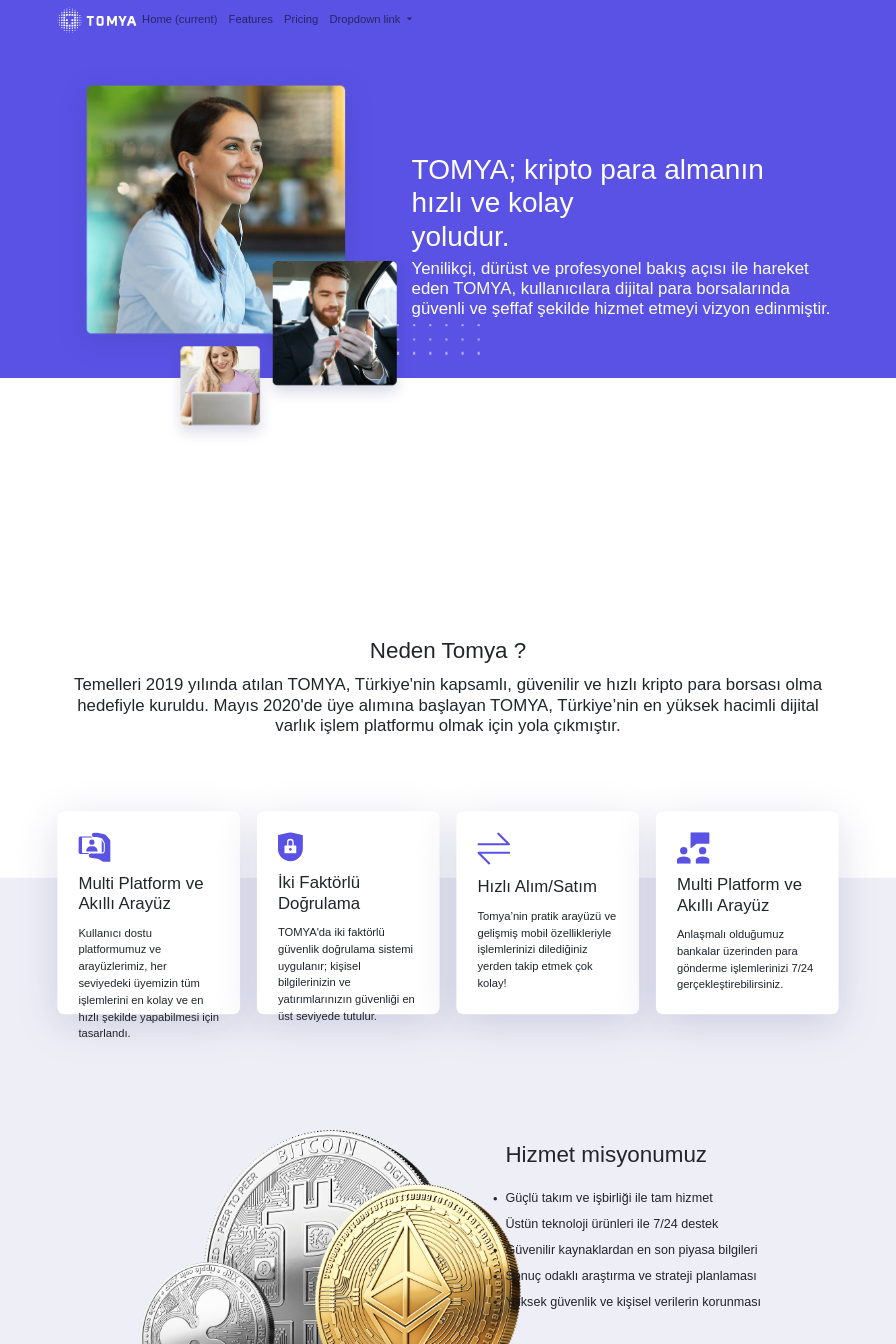
Repository: ezgibayrakli/TomyaProje
Page: index copy.html
An editor plug-in stored every save of this project. The page is shown before and after the next save, followed by the edit.
The browser window is 1280 px wide. The pictures show the part of the page from y = 0 to 1920 px (the page is 5181 px tall), at 70% of full size.
Some web fonts or font styles are not loaded; a fallback is used.

Above is the page before, as saved 2023-07-06 13:25:20.

### index copy.html
<!DOCTYPE html>
<html lang="en">
<head>
    <meta charset="UTF-8">
    <meta name="viewport" content="width=device-width, initial-scale=1.0">
    <!-- BOOTSTRAP -->
    <link href="https://cdn.jsdelivr.net/npm/bootstrap@5.1.3/dist/css/bootstrap.min.css" rel="stylesheet" integrity="sha384-1BmE4kWBq78iYhFldvKuhfTAU6auU8tT94WrHftjDbrCEXSU1oBoqyl2QvZ6jIW3" crossorigin="anonymous">
    <link rel="stylesheet" href="style.css">
    <title>Hakkımızda-Tomya</title>
</head>
<body>
    <!-- HEADER START -->
    <section id="header">
        <div class="header">
            <div class="container">
                <nav class="navbar navbar-expand-lg navbar-light">
                    <div class="header-logo">
                        <img src="photo/tomya-logo.svg" alt="">
                    </div>
                    <button class="navbar-toggler" type="button" data-toggle="collapse" data-target="#navbarNavDropdown" aria-controls="navbarNavDropdown" aria-expanded="false" aria-label="Toggle navigation">
                      <span class="navbar-toggler-icon"></span>
                    </button>
                    <div class="collapse navbar-collapse" id="navbarNavDropdown">
                      <ul class="navbar-nav">
                        <li class="nav-item active">
                          <a class="nav-link" href="#">Home <span class="sr-only">(current)</span></a>
                        </li>
                        <li class="nav-item">
                          <a class="nav-link" href="#">Features</a>
                        </li>
                        <li class="nav-item">
                          <a class="nav-link" href="#">Pricing</a>
                        </li>
                        <li class="nav-item dropdown">
                          <a class="nav-link dropdown-toggle" href="#" id="navbarDropdownMenuLink" data-toggle="dropdown" aria-haspopup="true" aria-expanded="false">
                            Dropdown link
                          </a>
                          <div class="dropdown-menu" aria-labelledby="navbarDropdownMenuLink">
                            <a class="dropdown-item" href="#">Action</a>
                            <a class="dropdown-item" href="#">Another action</a>
                            <a class="dropdown-item" href="#">Something else here</a>
                          </div>
                        </li>
                      </ul>
                    </div>
                  </nav>
                <div class="header-text">
                    <div class="header-about-img">
                        <span class="icons-header"></span>
                        <img src="photo/aboutus-banner.png" alt="">
                    </div>
                    <div class="header-about-text">
                        <h1>TOMYA; kripto para almanın <br> hızlı ve kolay <br> yoludur.</h1>
                        <h4>Yenilikçi, dürüst ve profesyonel bakış açısı ile hareket eden TOMYA, kullanıcılara dijital para borsalarında güvenli ve şeffaf şekilde hizmet etmeyi vizyon edinmiştir.</h4>
                    </div>

                </div>
                </div>
            </div>
        </div>
    </section>
    <!-- HEADER END -->

    <!-- MAIN MENU START -->
    <section id="mainmenu">
        <div class="main-menu">
            <div class="container">
              <h2 class="text-md-center mt-5">Neden Tomya ?</h2>
              <h4 class="text-md-center mt-3">Temelleri 2019 yılında atılan TOMYA, Türkiye'nin kapsamlı, güvenilir ve hızlı kripto para borsası olma hedefiyle kuruldu. Mayıs 2020'de üye alımına başlayan TOMYA, Türkiye’nin en yüksek hacimli dijital varlık işlem platformu olmak için yola çıkmıştır.</h4>
            <div class="row">
                <div class="col-sm-12 col-md-3">
                    <div class="box">
                        <img src="photo/ic-selfie.svg" alt="">
                        <div class="box-text">
                            <h4 class="mt-3">Multi Platform ve Akıllı Arayüz</h4>
                            <p class="mt-3">Kullanıcı dostu platformumuz ve arayüzlerimiz, her seviyedeki üyemizin tüm işlemlerini en kolay ve en hızlı şekilde yapabilmesi için tasarlandı.</p>
                        </div>
                    </div>
                </div>
                <div class="col-sm-12 col-md-3">
                    <div class="box">
                        <img src="photo/ic-privacy.svg" alt="">
                        <div class="box-text">
                            <h4 class="mt-3">İki Faktörlü Doğrulama</h4>
                            <p class="mt-3">TOMYA'da iki faktörlü güvenlik doğrulama sistemi uygulanır; kişisel bilgilerinizin ve yatırımlarınızın güvenliği en üst seviyede tutulur.</p>
                        </div>
                    </div>
                </div>
                <div class="col-sm-12 col-md-3">
                    <div class="box">
                        <img src="photo/ic-sellbuy.svg" alt="">
                        <div class="box-text">
                            <h4 class="mt-3">Hızlı Alım/Satım</h4>
                            <p class="mt-3">Tomya’nin pratik arayüzü ve gelişmiş mobil özellikleriyle işlemlerinizi dilediğiniz yerden takip etmek çok kolay!</p>
                        </div>
                    </div>
                </div>
                <div class="col-sm-12 col-md-3">
                    <div class="box">
                        <img src="photo/ic-support.svg" alt="">
                        <div class="box-text">
                            <h4 class="mt-3">Multi Platform ve Akıllı Arayüz</h4>
                            <p class="mt-3">Anlaşmalı olduğumuz bankalar üzerinden para gönderme işlemlerinizi 7/24 gerçekleştirebilirsiniz.</p>
                        </div>
                    </div>
                </div>
            </div>
            </div>
        </div>
        <div class="main-menu-two">
            <div class="container">
                <div class="row">
                    <div class="col-sm-12 col-md-6 coins">
                        <img src="photo/aboutus-coins.png" alt="">
                    </div>
                    <div class="col-sm-12 col-md-6 coins-text">
                        <h2 class="mt-3">Hizmet misyonumuz</h2>
                        <ul class="coins-text-ul">
                            <li>Güçlü takım ve işbirliği ile tam hizmet</li>
                            <li>Üstün teknoloji ürünleri ile 7/24 destek</li>
                            <li>Güvenilir kaynaklardan en son piyasa bilgileri</li>
                            <li>Sonuç odaklı araştırma ve strateji planlaması</li>
                            <li>Yüksek güvenlik ve kişisel verilerin korunması</li>
                        </ul>
                    </div>

                </div>
            </div>
        </div>
        <div class="main-menu-three">
            <div class="container">
                <h2 >İş Ortaklarımız</h2>
                <div class="row">
                        <div class="col-sm-12 col-md-6 bctr-img">
                            <img src="photo/BCTR-logo.png" alt="">
                        </div>
                        <div class="col-sm-12 col-md-6 mt-auto mb-auto ">
                            <p>Tomya Teknoloji A.Ş. olarak kripto ekosisteminde faaliyetlerimize hız kesmeden devam ediyoruz. Türkiye’de sürdürülebilir blockchain ekosistemi oluşturan, bu teknoloji ile yeni dönem iş yapış biçimlerinin önündeki zorlukların giderilmesine yönelik çalışmaları bulunan Blockchain Türkiye Platformu'na platin üye olduk.</p>
                        </div>
                </div>
            </div>
        </div>
        <div class="main-menu-four">
    <div class="container">
        <div class="row">
            <div class="col-sm-6">
                <h2>TOMYA'yı Sosyal Medyada Takip Edin</h2>
                <h3 class="mt-3">Dijital para borsalarındaki diğer yatırımcılarla bağlantı kurmak, promosyonlar hakkında bilgi almak ve yatırım stratejilerini tartışmak için TOMYA'yı sosyal medya üzerinden takip edebilirsiniz.</h3>
                <a href="#" ><img src="photo/followTwitter.svg" alt="" class="mt-5"></a>
            </div>
                <div class="col-sm-6 twitter-img">
                    <img  alt="img_twitter_social" src="photo/img_twitter_social.png">
                </div>
            </div>
    </div>
        </div>
        <div class="main-menu-five">
            <div class="container">
                <div class="box">
                    <div class="row">
                        <div class="col-md-4">
                            <h2>Basın Kiti</h2>
                        </div>
                        <div class="col-md-8">
                            <h3>Markamıza ait logomuzun medya kanallarında ya da farklı mecralarda en doğru şekilde kullanımı için basın materyallerini indirebilirsiniz.</h3>
                        </div>
                    </div>
                    <div class="row" style="height: 200px;margin-top: 45px;">
                        <div class="col-md-2 bg-white" style="margin-right:20px;border-radius: 10px;">
                            <h6 style="margin-top: 150px;text-align: center;">Logo Kullanımı</h6>
                        </div>
                        <div class="col bg-white" style="border-radius: 10px;">
                            <div class="row">
                                <div class="col-md-3">
                                    <h6 style="margin-top: 140px;text-align: center;">Renkli ve <br>
                                        Siyah/Beyaz kullanım</h6>
                                </div>
                                <div class="col-md-3">
                                    <h6 style="margin-top: 140px;text-align: center;">Logo baskı, web ve <br>
                                        HEX renk kodları</h6></div>
                                <div class="col-md-6">
                                <a href="#">
                                    <h6 class="btn-outline" style="margin-top: 140px;text-align: center;">
                                        Basın Kitini İndir
                                    </h6>
                                </a>
                                </div>
                        </div>

                    </div>
                </div>
            </div>
        </div>
    </section>
    <!-- MAIN MENU END -->

    <!-- FOOTER START -->
    <div class="footer">
        <div class="footer-one mt-5">
            <div class="container">
                <div class="wrap d-flex align-items-start flex-lg-row flex-column">
                    <h3>Avantajlı Kripto İşlemleri</h3>
                    <h5 class="w-100 ml-lg-3 mt-lg-0 ">TOMYA, müşterilerine güvenilir ve șeffaf hizmet anlayışının yanında düșük komisyon prensipleri de sunar. TOMYA ile dijital para borsalarındaki alım satım deneyiminizi en üst noktaya çıkarabilirsiniz.</h5>
                    <a href="#" class="btn mr-auto ml-auto  mr-lg-0 mt-lg-0 ">Hesap Oluştur</a>
                </div>
            </div>
        </div>
    <footer class="footer-two footer">
    <div class="container">
        <div class="row">
            <div class="col-md-2 items">
                <h6>Kurumsal</h6>
                <ul>
                    <li><a href="#">Kullanıcı Sözleşmesi</a></li>
                    <li><a href="#">Gizlilik ve Çerez Politikası</a></li>
                    <li><a href="#">Kişisel Verilerin Korunması</a></li>
                    <li><a href="#">Açık Rıza Ve Dijital İletişim İzni Beyanı</a></li>
                    <li><a href="#">Hakkımızda</a></li>
                    <li><a href="#">İletişim</a></li>
                </ul>
            </div>
            <div class="col-md-2 items">
                <h6>Kullanıcılar için</h6>
                <ul>
                    <li><a href="#">Blog</a></li>
                    <li><a href="#">Basında Biz</a></li>
                    <li><a href="#">Sıkça Sorulan Sorular</a></li>
                    <li><a href="#">Kripto Hesaplayıcı</a></li>
                    <li><a href="#">Kripto Sözlük</a></li>
                    <li><a href="#">Duyurular</a></li>
                    <li><a href="#">Limitler</a></li>
                    <li><a href="#">Para Yatırma ve Çekme Platformları</a></li>
                    <li><a href="#">Kara Para Aklamayı Önleme Politikası</a></li>
                    <li><a href="#">Müşterini Tanı (KYC) Politikası</a></li>

                </ul>
            </div>
            <div class="col-md-2 items">
                <h6>Kripto paralar</h6>
            <ul >
                    <li><a href="#">Bitcoin</a></li>
                    <li><a href="#">Ethereum</a></li>
                    <li><a  href="#">Ripple</a></li>
                    <li> <a  href="#">Litecoin</a></li>
                    <li><a  href="#">Tether</a></li>
                    <li> <a  href="#">Chainlink</a></li>
                    <li> <a  href="#">Polkadot</a></li>
                    <li> <a  href="#">Avalanche</a></li>
                    <li><a  href="#">Binance Coin</a></li>
                    <li>  <a  href="#">Pancakeswap</a></li>
                    <li> <a  href="#">Solana</a></li>
                    <li><a  href="#">NEAR Protocol</a></li>
                    <li> <a  href="#">ApeCoin</a></li>
                    <li><a  href="#">Uniswap</a></li>
                    <li><a  href="#">Fantom</a></li>
                    <li><a  href="#">Curve DAO</a></li>
                    <li> <a  href="#">Ethereum Classic</a></li>
            </ul>
            </div>
            <div class="col-md-2 items mt-4">
            <ul>
                <li><a href="#">Dogecoin</a></li>
                <li> <a href="#">Cardano</a></li>
                <li><a href="#">NEO</a></li>
                <li>  <a href="#">Chiliz</a></li>
                <li><a href="#">Holochain</a></li>
                <li> <a href="#">BitTorrent Chain</a></li>
                <li><a href="#">Decentraland</a></li>
                <li><a href="#">The Sandbox</a></li>
                <li> <a href="#">Shiba Inu</a></li>
                <li><a href="#">Polygon</a></li>
                <li> <a href="#">PAX Gold</a></li>
                <li> <a href="#">Cosmos</a></li>
                <li><a href="#">Enjin Coin</a></li>
                <li> <a href="#">VeChain</a></li>
                <li><a href="#">THORChain </a></li>
                <li> <a href="#">Oasis Network</a></li>

            </ul>
            </div>
            <div class="col-md-2 items">
                <h6>Rehber</h6>
                <ul>
                <li>  <a href="#">Bitcoin al</a></li>
                <li><a href="#">Ethereum al</a></li>
                <li> <a href="#">Ripple al</a></li>
                <li><a href="#">Litecoin al</a></li>
                <li> <a href="#">Tether al</a></li>
                <li> <a href="#">Chainlink al</a></li>
                <li><a href="#">Polkadot al</a></li>
                <li><a href="#">Avalanche al</a></li>
                <li> <a href="#">Binance Coin al</a></li>
                <li> <a href="#">Pancakeswap al</a></li>
                <li><a href="#">Solana al</a></li>
                <li><a href="#">NEAR Protocol al</a></li>
                <li><a href="#">ApeCoin al</a></li>
                <li> <a href="#">Uniswap al</a></li>
                <li>  <a href="#">Fantom al</a></li>
                <li><a href="#">Curve DAO al</a></li>
                <li><a href="#">Ethereum Classic al</a></li>

            </ul>
            </div>
            <div class="col-md-2 items mt-4">
            <ul>
                <li>   <a href="#">Dogecoin al</a></li>
                <li> <a href="#">Cardano al</a></li>
                <li><a href="#">NEO al</a></li>
                <li><a href="#">Chiliz al</a></li>
                <li><a href="#">Holochain al</a></li>
                <li> <a href="#">BitTorrent Chain al</a></li>
                <li> <a href="#">Decentraland al</a></li>
                <li><a href="#">The Sandbox al</a></li>
                <li><a href="#">Shiba Inu al</a></li>
                <li><a href="#">Polygon al</a></li>
                <li><a href="#">PAX Gold al</a></li>
                <li> <a href="#">Cosmos al</a></li>
                <li> <a href="#">Enjin Coin al</a></li>
                <li><a href="#">VeChain al</a></li>
                <li><a href="#">THORChain al</a></li>
                <li><a href="#">Oasis Network al</a></li>

            </ul>
            </div>
        </div>
        <hr class="mt-5" style="color: gray;">
      <div class=" pt-5 d-flex justify-content-lg-between flex-lg-row flex-column align-items-lg-center">
            <div>
            <h6 >TOMYA TEKNOLOJİ A.Ş. <br>Maslak Mah. Saat Sok. Spine Tower No: 5/10, <br>Sarıyer / İstanbul </h6>
            <br><h6 >Tel: 0(212) 807 10 71(72-73)</h6>
        </div>
        <div>
        <div class="social d-flex justify-content-lg-end mt-lg-0 mt-5">
            <a class="mr-4" href="https://www.facebook.com/tomya.com" target="_blank"><img  alt="facebook-ikon" src="photo/ic-fb.svg"></a>
            <a class="mr-4" href="https://twitter.com/tomyacom" target="_blank"><img  alt="twitter-ikon" src="photo/ic-tw.svg"></a>
            <a class="mr-4" href="https://www.instagram.com/tomyacom/" target="_blank"><img alt="instagram-ikon" src="photo/ic-ins.svg"></a>
            <a class="mr-4" href="https://t.me/tomyacom" target="_blank"><img alt="telegram-ikon" src="photo/ic-telegram.svg"></a>
            <a class="mr-4" href="https://www.youtube.com/channel/UCSOpFT_5xJLvf6yfXIyxDlQ" target="_blank"><img alt="yt-ikon" src="photo/ic-yt-logo.svg"></a>
        </div>
        </div>
       </div>
       <div class="row">
        <h6 class="mt-5 mb-5 tomya-end">Tüm Hakları Saklıdır. © 2021 - TOMYA <br> TOMYA TEKNOLOJİ A.Ş. <br> Mersis No: 0850062440300001</h6>
       </div>
    </div>
       </footer>

    </div>
    <!-- FOOTER END -->

    <script src="tomya.js"></script>
    <script src="https://cdn.jsdelivr.net/npm/bootstrap@5.1.3/dist/js/bootstrap.bundle.min.js" integrity="sha384-ka7Sk0Gln4gmtz2MlQnikT1wXgYsOg+OMhuP+IlRH9sENBO0LRn5q+8nbTov4+1p" crossorigin="anonymous"></script>
    <!-- SAYFAMIZIN NETWORK KISMINDAN UYGULANIP UYGULANMADIGINI GORURUZ -->
</body>
</html>

Loaded but not shown: style.css (302 lines, source omitted); tomya.js (no copy from this time; the picture is the same without it)

After the next save:
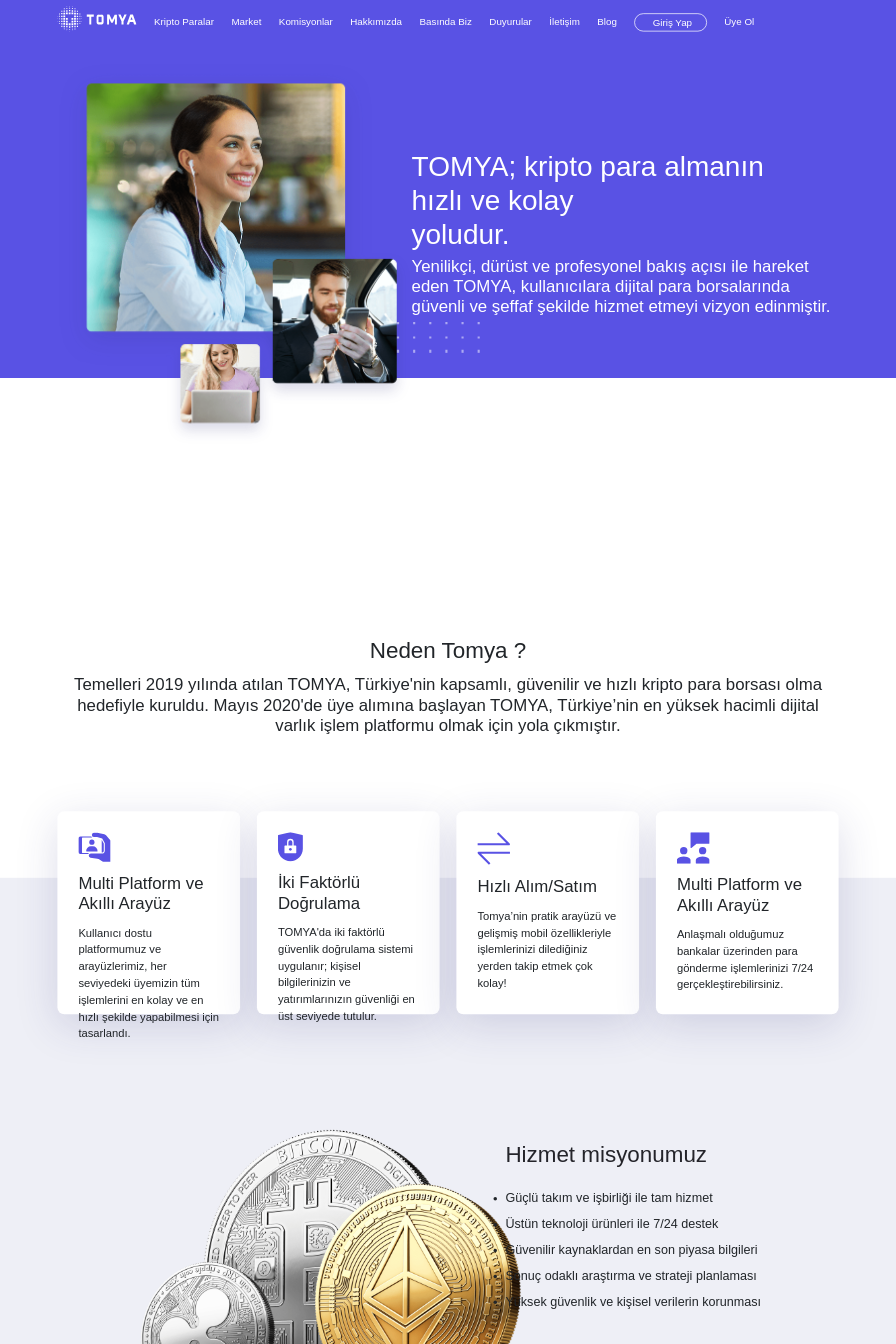
Saved 19 s later.
--- a/index copy.html
+++ b/index copy.html
@@ -21,27 +21,18 @@
                       <span class="navbar-toggler-icon"></span>
                     </button>
                     <div class="collapse navbar-collapse" id="navbarNavDropdown">
-                      <ul class="navbar-nav">
-                        <li class="nav-item active">
-                          <a class="nav-link" href="#">Home <span class="sr-only">(current)</span></a>
-                        </li>
-                        <li class="nav-item">
-                          <a class="nav-link" href="#">Features</a>
-                        </li>
-                        <li class="nav-item">
-                          <a class="nav-link" href="#">Pricing</a>
-                        </li>
-                        <li class="nav-item dropdown">
-                          <a class="nav-link dropdown-toggle" href="#" id="navbarDropdownMenuLink" data-toggle="dropdown" aria-haspopup="true" aria-expanded="false">
-                            Dropdown link
-                          </a>
-                          <div class="dropdown-menu" aria-labelledby="navbarDropdownMenuLink">
-                            <a class="dropdown-item" href="#">Action</a>
-                            <a class="dropdown-item" href="#">Another action</a>
-                            <a class="dropdown-item" href="#">Something else here</a>
-                          </div>
-                        </li>
-                      </ul>
+                        <ul class="main-menu-header">
+                            <li><a href="#">Kripto Paralar</a></li>
+                            <li><a href="#">Market</a></li>
+                            <li><a href="#">Komisyonlar</a></li>
+                            <li><a href="#">Hakkımızda</a></li>
+                            <li><a href="#">Basında Biz</a></li>
+                            <li><a href="#">Duyurular</a></li>
+                            <li><a href="#">İletişim</a></li>
+                            <li><a href="#">Blog</a></li>
+                            <li class="enter"><a href="#">Giriş Yap</a></li>
+                            <li><a href="#">Üye Ol</a></li>
+                        </ul>
                     </div>
                   </nav>
                 <div class="header-text">
